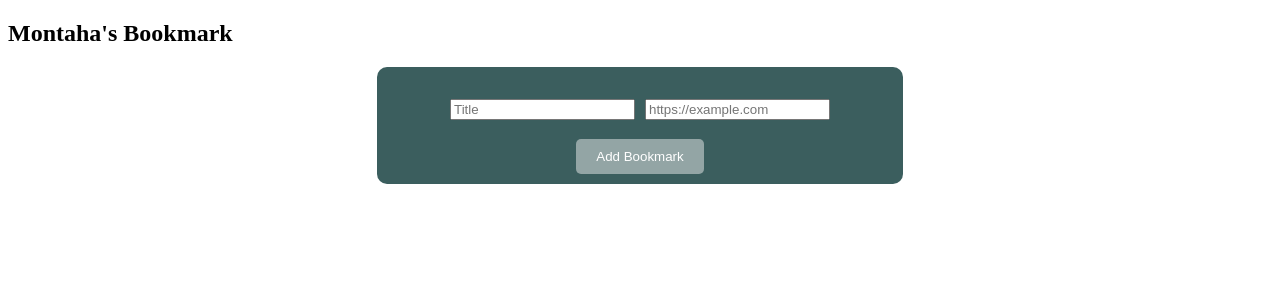
Repository: eidimontaha18-maker/finalproject
Page: index.html
The author's editor kept a copy of each file at every save. The page is drawn from the files as they stood at one save, then again after the next save.
The browser window is 1280 px wide. The pictures show the whole page.

Above is the page before, as saved 2025-11-25 23:26:29.

### index.html
<!DOCTYPE html>
<html lang="en">
<head>
    <meta charset="UTF-8">
    <meta name="viewport" content="width=device-width, initial-scale=1.0">
    <title>Montaha's Bookmark</title>
    <link rel="stylesheet" href="style.css">
</head>
<body>
    <nav>
        <h1>Montaha's Bookmark</h1>
    </nav>

    <main>
        <div class="addbookmark">
            <input type="text" placeholder="Title" />
            <input type="text" placeholder="https://example.com" />
            <br>
            <button id="addbtn">Add Bookmark</button>
        </div>
    </main>

</body>
</html>

### style.css
.addbookmark{
    background-color: rgb(59, 94, 94);
    padding: 10px;
    width: 40%;
    margin: auto;
    border-radius: 10px;
    text-align: center;
    font-size: 40px;
}
#addbtn{
    background-color: rgb(147, 165, 165);
    color: white;
    padding: 10px 20px;
    border: none;
    border-radius: 5px;
    font-size: 15px0px;
    cursor: pointer;
}

After the next save:
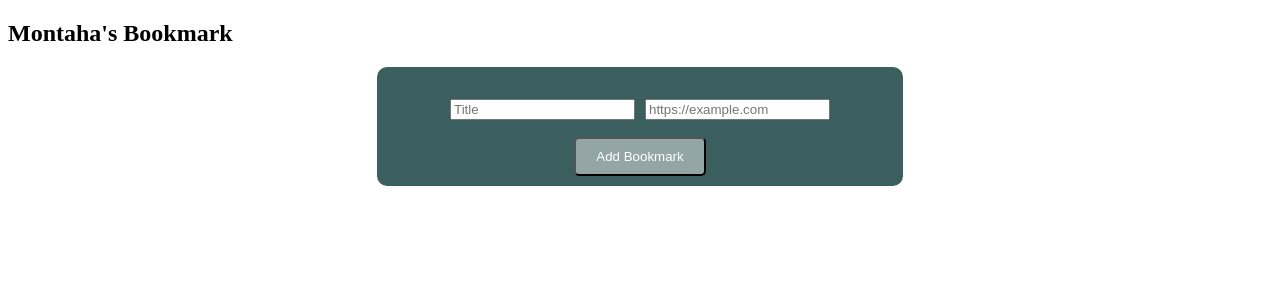
Saved 21 s later.
--- a/style.css
+++ b/style.css
@@ -11,7 +11,6 @@
     background-color: rgb(147, 165, 165);
     color: white;
     padding: 10px 20px;
-    border: none;
     border-radius: 5px;
     font-size: 15px0px;
     cursor: pointer;
